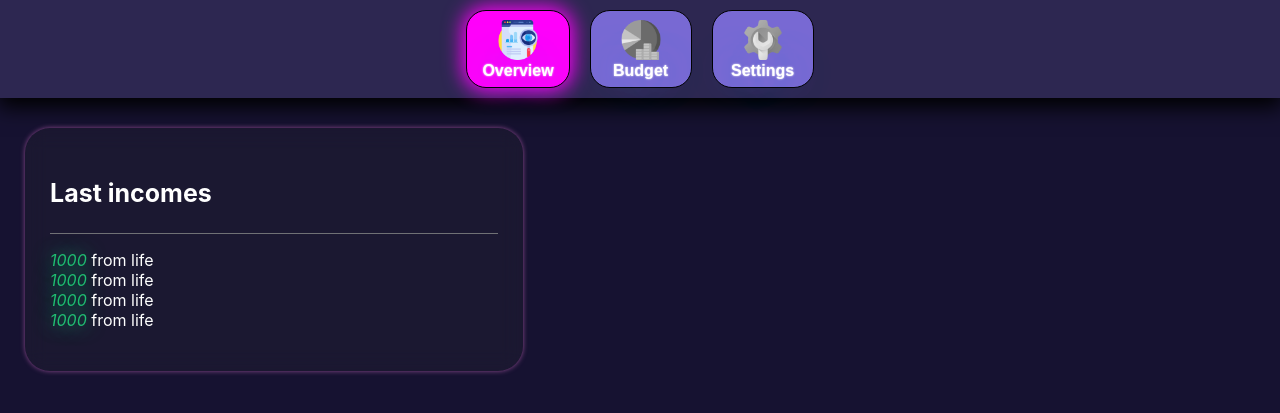
Repository: Minkeani/Money-Manager
Page: /Overview
An editor plug-in stored every save of this project. The page is shown before and after the next save, followed by the edit.
The browser window is 1280 px wide. The pictures show the whole page.
The project was rebuilt for these pictures with package versions that can differ from the ones it lists, and the page was loaded fresh each time. Also part of the build but not shown: src/components/Budget/Budget.jsx, src/components/Settings/Settings.jsx, src/components/NotFound/NotFound.module.css, src/components/NotFound/NotFound.jsx.

Above is the page before, as saved 2022-07-14 19:36:20.

After the next save:
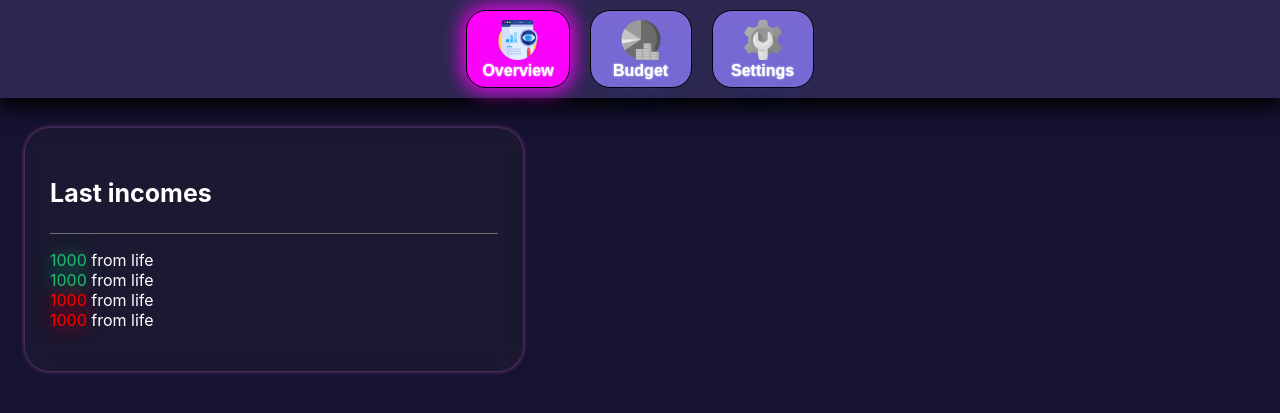
Saved 36 s later.
--- a/src/components/OverviewBlocks/Overview.module.css
+++ b/src/components/OverviewBlocks/Overview.module.css
@@ -26,14 +26,12 @@
 
 .money {
     color: #21bf73;
-    font-style: italic;
     text-shadow: 0 0 20px #21bf73;
 }
 
 .Remoney {
-    color: #21bf73;
-    font-style: italic;
-    text-shadow: 0 0 20px #21bf73;
+    color: red;
+    text-shadow: 0 0 20px red;
 }
 
 .list {
